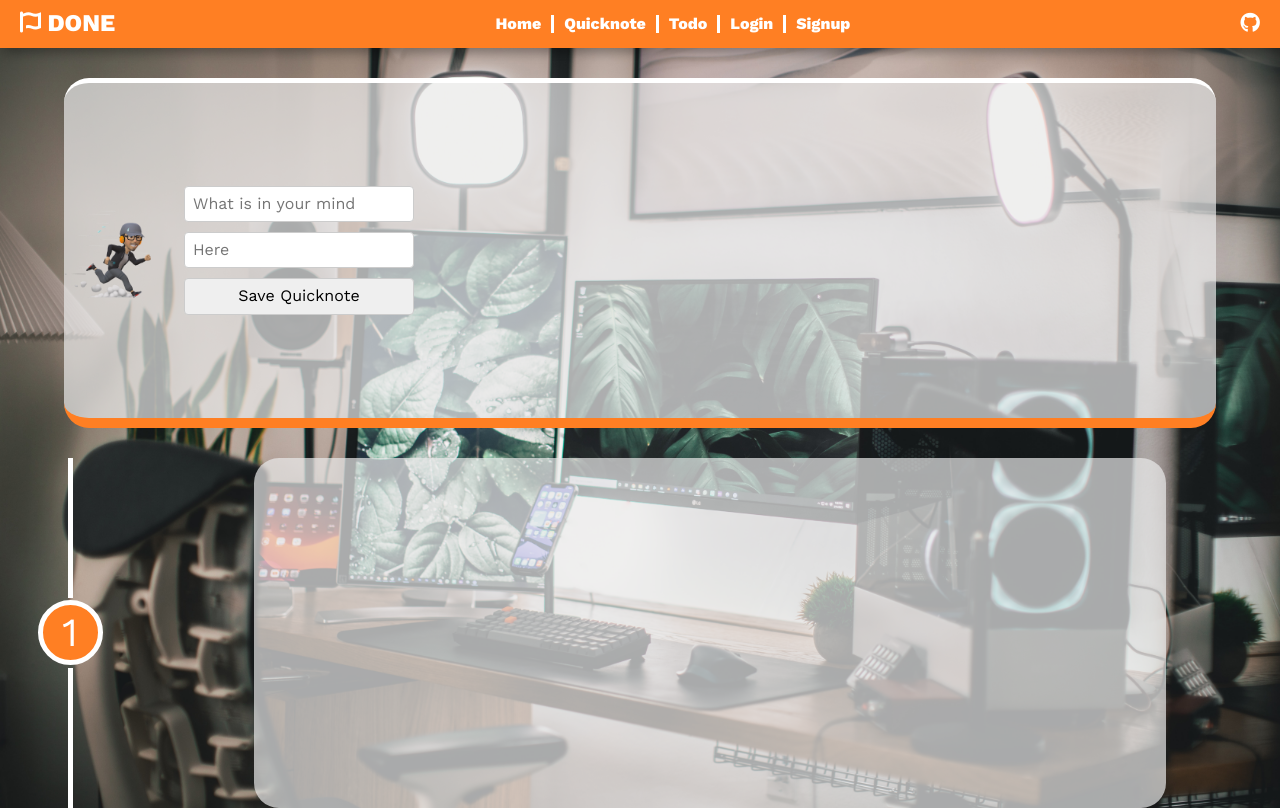
Repository: OmarEssameldinMousa/DONE
Page: quicknote.html
An editor plug-in stored every save of this project. The page is shown before and after the next save, followed by the edit.
The browser window is 1280 px wide. The pictures show the whole page.
Backgrounds fixed to the window are drawn as part of the page. Some web fonts or font styles are not loaded; a fallback is used.

Above is the page before, as saved 2023-12-18 01:36:21.

### quicknote.html
<!DOCTYPE html>
<html lang="en">

<head>
    <meta charset="UTF-8">
    <meta http-equiv="X-UA-Compatible" content="IE=edge">
    <meta name="viewport" content="width=device-width, initial-scale=1.0">
    <title>My Challenges</title>
    <!-- Render All Elements Normally -->
    <link rel="stylesheet" href="css/normalize.css">
    <!-- Font Awesome Library -->
    <link rel="stylesheet" href="css/all.min.css">
    <!-- Main Template CSS File -->
    <link rel="stylesheet" href="CSS/styles.css">
    <link rel="stylesheet" href="css/challenges.css">
    <!-- Google Fonts -->
    <link rel="preconnect" href="https://fonts.googleapis.com">
    <link rel="preconnect" href="https://fonts.gstatic.com" crossorigin>
    <link
        href="https://fonts.googleapis.com/css2?family=Kablammo&family=VT323&family=Work+Sans:wght@200;300;400;500;600;800&display=swap"
        rel="stylesheet">
    <link rel="preconnect" href="https://fonts.googleapis.com" />
    <link rel="preconnect" href="https://fonts.gstatic.com" crossorigin />
    <link href="https://fonts.googleapis.com/css2?family=Cairo:wght@300;400;700&display=swap" rel="stylesheet" />
</head>

<body>
    <header>
        <nav>
            <!-- Logo with Font Awesome Icon -->
            <div class="logo">
                <i class="fab fa-font-awesome-flag"></i> DONE
            </div>

            <!-- Left-side Navigation Links -->
            <ul class="navlist">
                <li><a href="index.html">Home</a></li>
                <li><a href="quicknote.html">Quicknote</a></li>
                <li><a href="mytasks.html">Todo</a></li>
                <li><a href="#">Login</a></li>
                <li><a href="#">Signup</a></li>
            </ul>

            <!-- Right-side GitHub Icon -->
            <div class="github-icon">
                <a rel="" href="https://github.com/yourusername" target="_blank">
                    <i class="fab fa-github" style="color: white;"></i>
                </a>
            </div>
        </nav>
    </header>

    <div class="addnote">
        <div class="ch_" style="margin: 0px;
        height: auto;">
            <div class="container1 container1addnote">
                <img src="images/omar4.png" alt="">
                <div class="inputfield">
                    <div class="inputtitle">
                        <input type="text" name="title" id="notetitle" placeholder="What is in your mind">
                    </div>
                    <div class="inputnote">
                        <input type="text" name="notedata" id="notedata" placeholder="Here">
                    </div>
                    <input type="button" value="Save Quicknote">
                </div>
            </div>
        </div>
    </div>

    <div class="Challenges-website">

        <div class="bar">
            <div class="repated-line-circle">
                <div class="line-circle">
                    <div class="upper-line">
                    </div>
                    <a href="https://elzero.org/frontend-card-with-transparent-img/" target="_self">
                        <div class="circle">
                            <p>1</p>
                        </div>
                    </a>
                    <div class="lower-line"></div>
                </div>
            </div>
        </div>

        <div class="challenges">
            <div class="ch_">
                <div class="container1">
                </div>
            </div>
        </div>

    </div>
</body>

</html>

### CSS/styles.css
/* Start Variables */
:root{
    --main-color: rgba(235, 235, 235, 0.6);
    --secondery-color: #ff7f23;
    --third-color:#333;
}
/* End Variables */
/* Special Heading */
.special-heading{
    color: #ebeced;
    font-size: 100px;
    text-align: center;
    font-weight: 800;
    letter-spacing: -3px;
    margin: 0;

}
.special-heading + p{
    margin-top: -30px;
    text-align: center;
    font-size: 20px;
    color: #797979;
}
/* End Special Heading */
/* Start Global Rules */
*{
    -webkit-box-sizing: border-box;
    -moz-box-sizing: border-box;
    box-sizing: border-box;
}

body{

    font-family: 'Kablammo', cursive;
    font-family: 'Work Sans', sans-serif;
    background-color: #797979;

}

.container{
    padding-left: 15px;
    padding-right: 15px;
    margin-left: auto;
    margin-right: auto;
    background-color: #fff;
    margin: auto;
    width: 600px;
}

/*very small screens*/
@media (max-width: 767px){
    .container{
        .special-heading{
            font-size: 60px;
        }
        .special-heading + p{
            margin-top: -20px;
        }

        .landing{
            flex-direction: column;
            text-align: center;
        }
    }
    .navlist{
        display: none;
    }


}
/*small screens*/
@media (min-width: 768px){
    .container{
        width: 750px;
    }
}
/*Medium screens*/
@media (min-width: 992px){
    .container{
        width: 970px;
    }
}
/*Large screens*/
@media (min-width: 1200px){
    .container{
        width: 1170px;
    }
}
/* End Global Rules */


html{
    scroll-behavior: smooth;
}
/* navigation bar */

nav {
    background-color:  var(--secondery-color);
    color: white;
    display: flex;
    align-items: center;
    justify-content: space-between;
    padding: 10px 20px;
    box-shadow: 5px 5px 10px rgba(0, 0, 0, 0.3);
}
nav ul {
    list-style: none;
    margin: 0;
    padding: 0;
    display: flex;
}
nav ul li {
    margin-right: 10px;
    font-weight: bold;
}
nav ul li:not(:last-child) {
    border-right: solid 3px white;
    padding-right: 10px;
}
nav ul li a {
    text-decoration: none;
    color: white;
}
nav ul li a:hover {
    color: var(--main-color); /* Change color on hover */
}
.logo {
    font-size: 24px;
    font-weight: bold;
}
.github-icon {
    font-size: 20px;
    color: white;
}

.heading{
    display: flex;
    align-items: center;
    justify-content: center;
    margin-top: 50px;
    height: auto;
}

.landing{
    width: 100%;

    background-color: none;
    display: flex;
    flex-direction: row;

}

.landing h1{
    color: var(--secondery-color);
    font-size: 50px;
    font-weight: 900;
    padding: 30px;
}
.landing p{
    font-size: 20px;
}
.landing .logoimage img{
    width: 400px;
    position: relative;
    animation: topdown 2s ease-in-out infinite;
}

.landing .landingtext .buttons{
    margin: 30px;
    top: 150px;
}
@keyframes topdown {
    0%, 100% {
        top: 0; /* Starting and ending position (top) */
    }
    50% {
        top: 5px; /* Middle position (top) */
    }
}


.explore{
    height: auto;
    text-align: center;
    display: block;
    padding: 10px;
    transition: 0.3s;
    width: min-content;
    margin: 30px auto ;
}
.explore a,
.explore h1{
    color: var(--secondery-color);
    font-weight: 900;
    transform: 0.3s;
    text-decoration: none;
}

.landing .logoimage{
    position: relative;
}
.explore a:hover,
.explore:hover{
    background-color:var(--secondery-color);
    border-radius: 20px;
    color: #ebeced;
    cursor: pointer;
}



/* to do demo */
.tododemo{
    height: 100vh;
    background-color: var(--secondery-color);
    box-shadow: rgba(0, 0, 0, 0.3) 0px -4px 20px 9px;

}

### CSS/challenges.css
* {
    -webkit-box-sizing: border-box;
    -moz-box-sizing: border-box;
    box-sizing: border-box;
    padding: 0;
    margin: 0;
}
a {
    text-decoration: none;
    color: black;
}
ul {
    list-style: none;
    margin: 0;
    padding: 0;
}
html {
    scroll-behavior: smooth;
}
body {
    /* background-image: linear-gradient(90deg, #ff7f23  , rgba(235, 235, 235, 0.6)  ); */
    background-image: url(../images/backgroundimage.jpg);
    background-size: cover;
    background-repeat: no-repeat;
    background-attachment: fixed;
}
@media (max-width: 767px){
    body{
        background-image: url(../images/ben-kolde-bs2Ba7t69mM-unsplash.jpg)
    }
    .bar{
        display: none;
    }
    /* .challenges .container1{
        width: 400px;
    }*/
    .ch_:hover .container1{
        width: calc(50%);
        height: 550px;
        background-color: rgba(211, 211, 211, 0.6);
    }

}
/*small screens*/
@media (min-width: 768px){
    /* .container1{
        width: 600px;
    } */
}
/*Medium screens*/
@media (min-width: 992px){
    /* .container1{
        width: 800px;
    } */
}
/*Large screens*/
@media (min-width: 1200px){
    /* .container1{
        width: 1000px;
    } */
}
.Challenges-website{
    display: flex;


}
/*start bar*/
.Challenges-website .bar{
    width: 140px;
    padding: 0 67.5px;
    height: auto;
}
.Challenges-website .bar .repated-line-circle{
    width: 5px;
    height: 100%;
}
.Challenges-website .bar .line-circle{
    display: flex;
    flex-direction: column;
    width: 100%;
    height: 100%;
    justify-content: space-between;
    align-items: center;
}
.Challenges-website .bar .line-circle .upper-line{
    width: 100%;
    height: 40%;
    background-color: white;

}
.Challenges-website .bar .line-circle .circle{
    width: 65px;
    height: 65px;
    background-color: #ff7f23;
    border-radius: 50%;
    text-align: center;
    position: relative;
    transition: 0.3s;
    border: 5px solid white;
}
.Challenges-website .bar:hover .circle{
    width: 110px;
    height: 110px;
    border-radius: 40%;

}
.Challenges-website .bar:hover .circle + p{
    font-size: 70px;
    color: white
}
.Challenges-website .bar .line-circle .circle p{
    position: absolute;
    left: 50%;
    top: 50%;
    transform: translate(-50%, -50%);
    font-size: 40px;
    color: white;
}
.line-circle .circle p a{
    text-decoration: none;
}
.Challenges-website .bar .line-circle .lower-line{
    width: 5px;
    height: 40%;
    background-color: white;
}
/*end bar*/
/* start challenges*/
.Challenges-website .challenges{
    display: flex;
    flex: 1;
    justify-content: center;
    background-color: transparent;
    flex-direction: column;
    height: auto;
}
.ch_{
    height: auto;
    padding-top: 0px;
    position: relative;
}

.container1{
    background-color: rgba(235, 235, 235, 0.694);
    width: 80%;
    height: 350px;
    margin: 0px auto;
    border-radius: 25px;
    border-width: 0;
    transition: 0.3s;
    position: relative;
}
.ch_:hover .container1{
    width: calc(80% + 20px);
    height: 360px;
    background-color: rgba(211, 211, 211, 0.6);
}


.container1addnote{
    border-bottom: #ff7f23 solid 10px;
    border-top: white solid 5px;
    margin: 30px auto;
    min-height: 300px;
    width: 90%;

    display: flex;
    align-items: center;
    /* Adjust spacing as needed */
    gap: 20px;
    /* Optional: To adjust the width of the container */


}

/* ---------------------------------------------------------------------------------------- */


.flex-container {
    display: flex;
    align-items: center;
    /* Optional: To adjust spacing between image and inputs */
    gap: 20px;
}

.inputfield {
    display: flex;
    flex-direction: column;
    gap: 10px;
}

.inputtitle input,
.inputnote input,
input[type="button"] {
    width: 100%;
    /* Optional: Add other styles as needed */
    padding: 8px;
    border: 1px solid #ccc;
    border-radius: 4px;
}

img {
    max-width: 100px; /* Adjust the size of the image */
    height: auto;
}

Loaded but not shown: CSS/normalize.css (library); CSS/all.min.css (library)

After the next save:
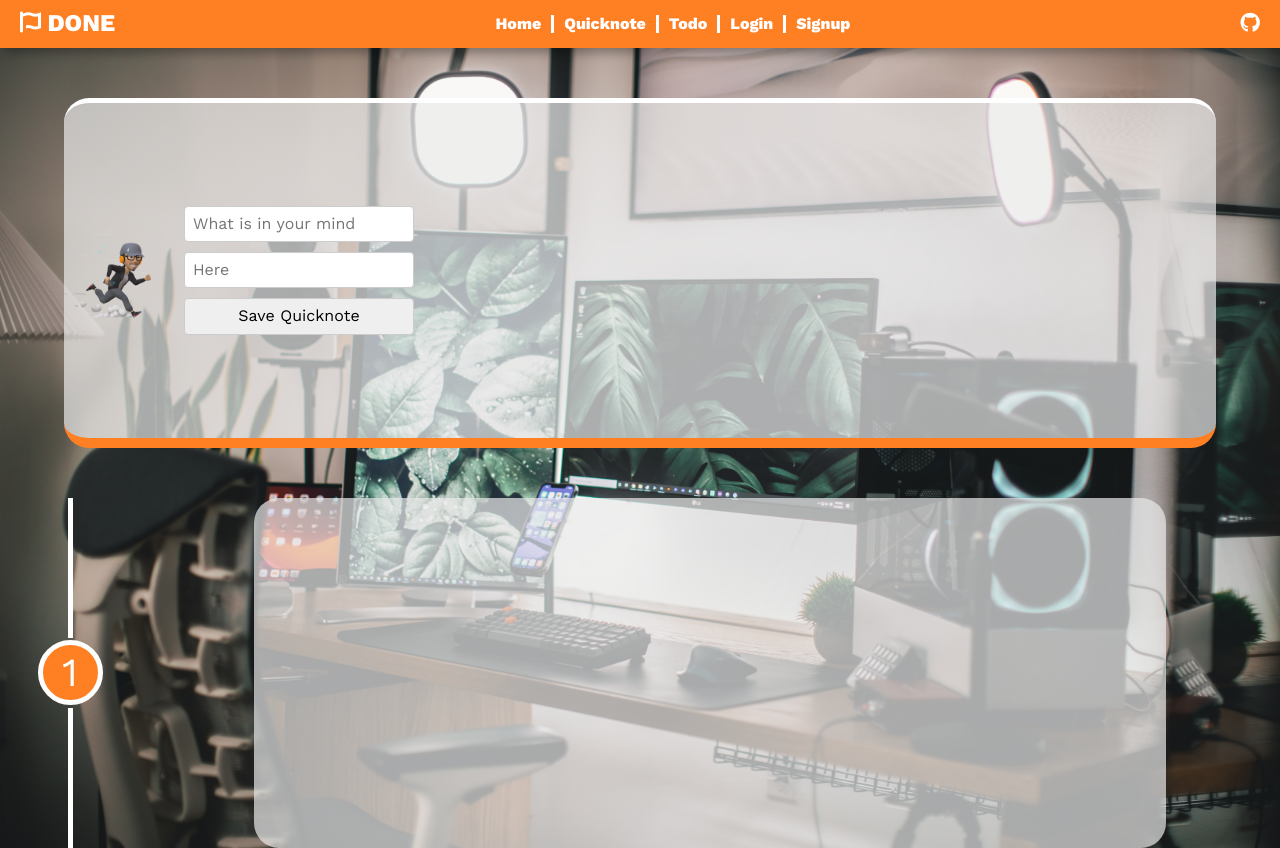
Saved 6 s later.
--- a/CSS/challenges.css
+++ b/CSS/challenges.css
@@ -160,7 +160,7 @@ body {
 .container1addnote{
     border-bottom: #ff7f23 solid 10px;
     border-top: white solid 5px;
-    margin: 30px auto;
+    margin: 50px auto;
     min-height: 300px;
     width: 90%;
 
